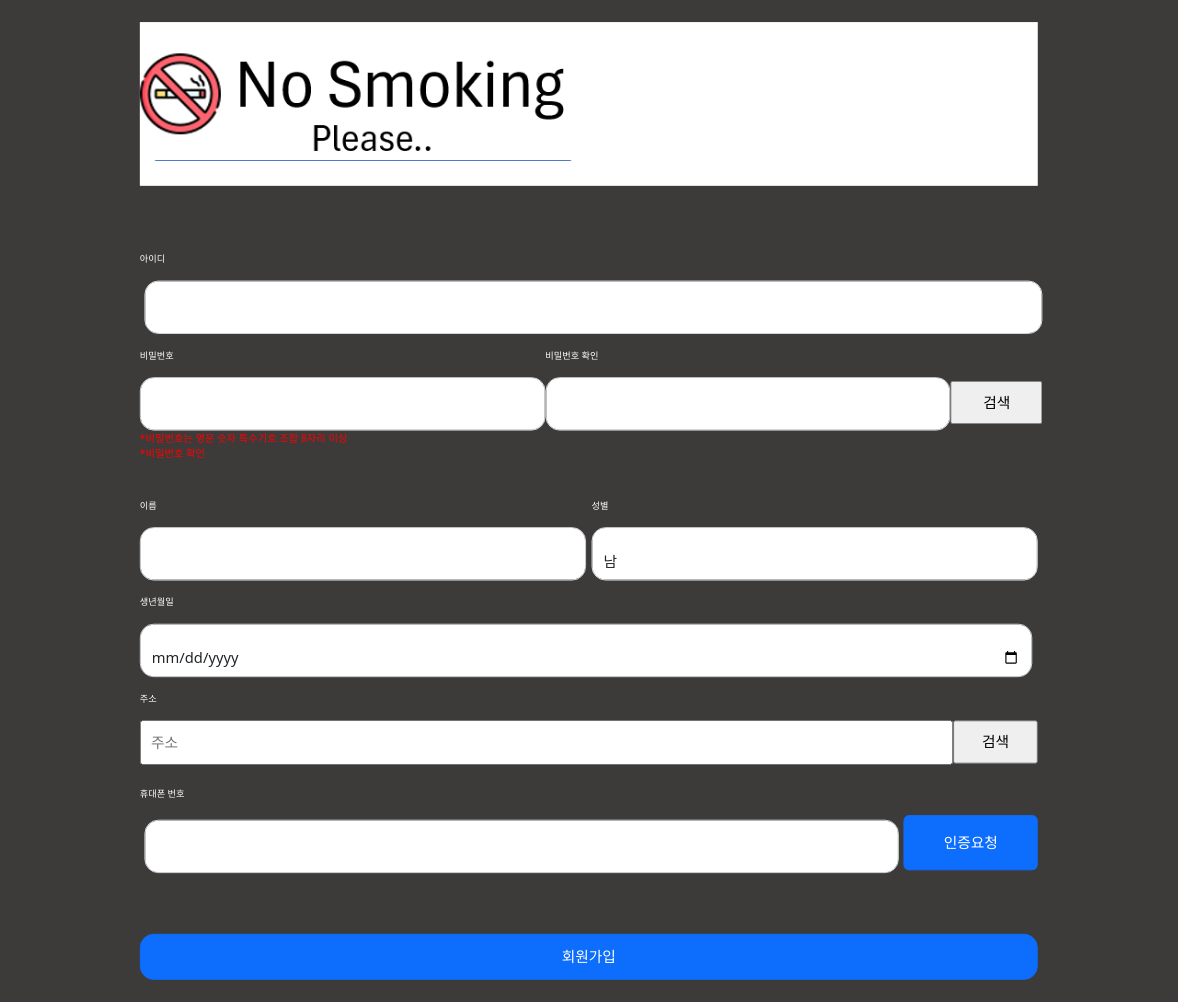
Repository: Imdo714/NoSmoking
Page: http://localhost/noSmoking/WEB-INF/views/member/insertMember.jsp
These files come from the project's save history. The page is drawn as it stood at one moment and after the next save; the edit follows.
The browser window is 1280 px wide. The pictures show the whole page, at 92% of full size.
The page is served by Tomcat 9. Nobody is signed in. The template is opened directly, without the code that normally fills it, so the values that code supplies are empty.

Above is the page before, as saved 2024-03-05 09:30:55.

After the next save:
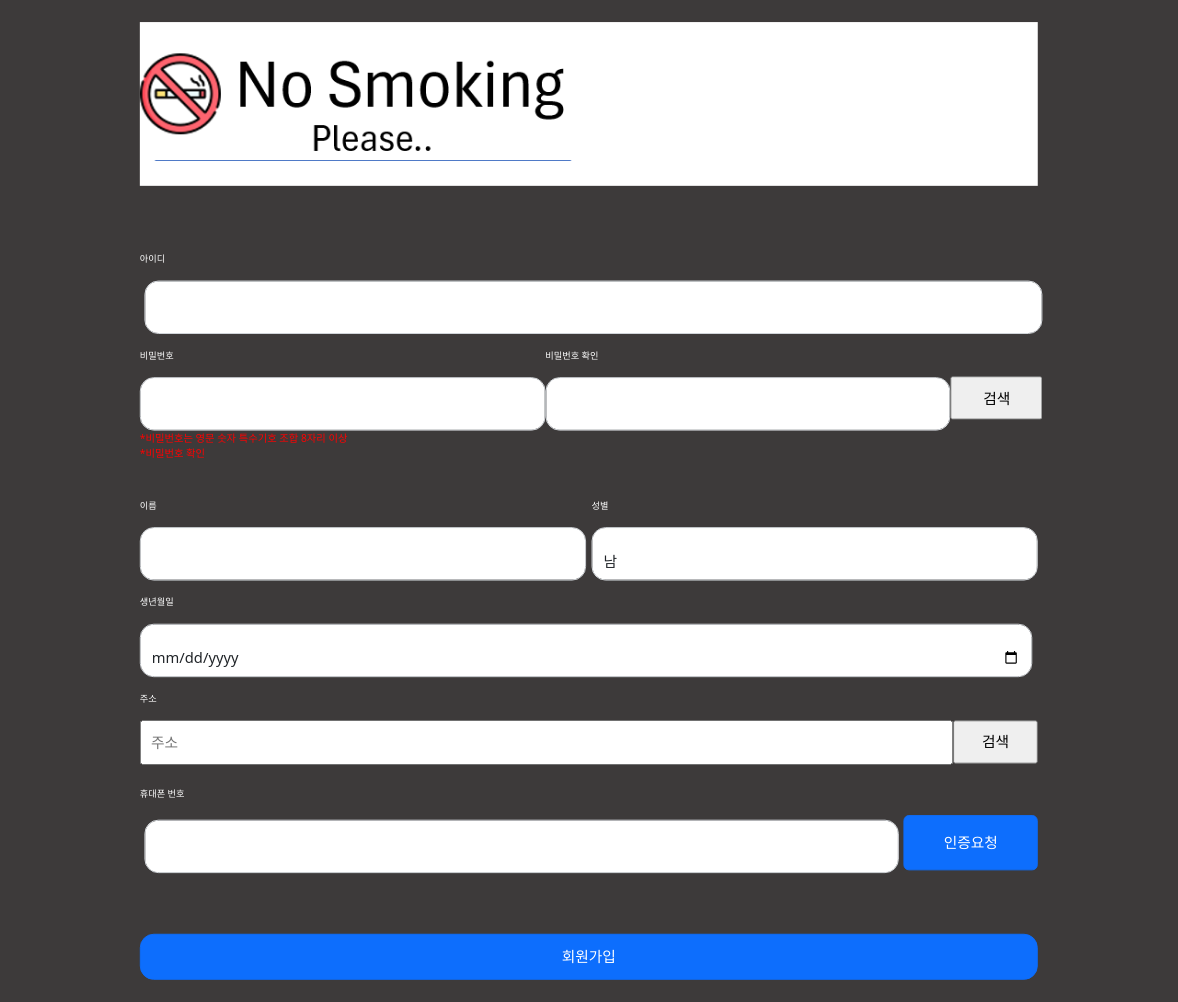
Saved 27 s later.
--- a/noSmoking/src/main/webapp/resources/css/member/insertMember.css
+++ b/noSmoking/src/main/webapp/resources/css/member/insertMember.css
@@ -60,7 +60,7 @@
 }
 .join-halfLim{
 	width: calc(10% - 3px);
-	margin-top: 35px;
+	margin-top: 30px;
 }
 body{
     background-color: rgb(61, 58, 58);
